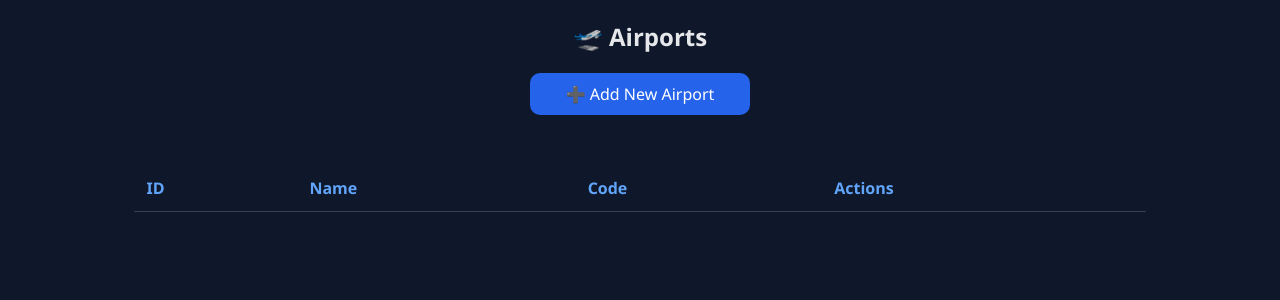
Repository: SNEHASURESH003/flight_system
Page: http://localhost/airports/
An editor plug-in stored every save of this project. The page is shown before and after a run of saves, followed by the edit.
The browser window is 1280 px wide. The pictures show the whole page.
The page is served by the project's application, run on Django 5.2 (manage.py). Other server files are loaded and not shown. Queries for data that is not in the repository find no rows.

Above is the page before, as saved 2026-01-20 00:26:25.

### airport/airport_route/templates/list_airports.html
<!DOCTYPE html>
<html lang="en">
<head>
    <title>Airports</title>
    <style>
        body { font-family: 'Segoe UI', sans-serif; background: #0f172a; color: #e5e7eb; }
        table { width: 80%; margin: 50px auto; border-collapse: collapse; }
        th, td { padding: 12px; border-bottom: 1px solid #334155; text-align: left; }
        th { color: #60a5fa; }
        a { color: #2563eb; text-decoration: none; margin-right: 10px; }
        a:hover { text-decoration: underline; }
        .add-btn { display: block; width: 200px; margin: 20px auto; padding: 10px; background: #2563eb; color: white; text-align: center; border-radius: 10px; }
    </style>
</head>
<body>
    <h2 style="text-align:center;">🛫 Airports</h2>

    <a href="{% url 'add_airport' %}" class="add-btn">➕ Add New Airport</a>

    <table>
        <tr>
            <th>ID</th>
            <th>Name</th>
            <th>Code</th>
            <th>Actions</th>
        </tr>
        {% for airport in airports %}
        <tr>
            <td>{{ airport.id }}</td>
            <td>{{ airport.name }}</td>
            <td>{{ airport.code }}</td>

            <td>
                <a href="{% url 'edit_airport' airport.id %}">✏️ Edit</a>
                <a href="{% url 'delete_airport' airport.id %}">🗑️ Delete</a>
            </td>
        </tr>
        {% endfor %}
    </table>
</body>
</html>

### airport/airport_route/views.py
from django.shortcuts import render
from .forms import RouteForm, AirportForm
from .models import Airport, Route
from .utils import nth_left_or_right_node, longest_node_on_duration, shortest_node_between_routes
from django.http import HttpResponse
from django.core.exceptions import ValidationError



from django.shortcuts import render, redirect
from django.contrib import messages  # for flash messages
from .forms import AirportForm, RouteForm

def add_airport(request):
    if request.method == 'POST':
        form = AirportForm(request.POST)
        if form.is_valid():
            form.save()
            messages.success(request, "Airport added successfully!")  # show message in template
             # redirect to dashboard
    else:
        form = AirportForm()
    return render(request, 'add_airport.html', {'form': form})
# List Airports (Dashboard/List Page)
def list_airports(request):
    airports = Airport.objects.all()
    return render(request, 'list_airports.html', {'airports': airports})

# Edit Airport
def edit_airport(request, airport_id):
    airport = get_object_or_404(Airport, id=airport_id)
    if request.method == 'POST':
        form = AirportForm(request.POST, instance=airport)
        if form.is_valid():
            form.save()
            messages.success(request, "Airport updated successfully!")
            return redirect('list_airports')
    else:
        form = AirportForm(instance=airport)
    return render(request, 'edit_airport.html', {'form': form, 'airport': airport})

# Delete Airport
def delete_airport(request, airport_id):
    airport = get_object_or_404(Airport, id=airport_id)
    if request.method == 'POST':
        airport.delete()
        messages.success(request, "Airport deleted successfully!")
        return redirect('list_airports')
    return render(request, 'delete_airport.html', {'airport': airport})

def add_route(request):
    if request.method == 'POST':
        form = RouteForm(request.POST)
        if form.is_valid():
            form.save()
            messages.success(request, "Route added successfully!")

    else:
        form = RouteForm()
    return render(request, 'route_form.html', {'form': form})


from django.shortcuts import render, get_object_or_404

from django.shortcuts import render, get_object_or_404

def find_nth_node(request):
    result = None
    error = None

    if request.method == 'POST':
        try:
            route_id = request.POST.get('route_id')
            n = int(request.POST.get('n'))
            direction = request.POST.get('direction')

            route = get_object_or_404(Route, id=route_id)

            if n <= 0:
                error = "N must be greater than zero."
            else:
                result = nth_left_or_right_node(route, n, direction)

                if result is None:
                    error = f"No {n}th node exists in the {direction} direction from this route."

        except ValueError:
            error = "Invalid input. Please enter valid numbers."
        except Exception as e:
            error = str(e)

    return render(request, 'find_nth_node.html', {
        'result': result,
        'error': error
    })




from django.shortcuts import render
from django.core.exceptions import ObjectDoesNotExist

def find_longest_node(request, route_id):
    try:
        route = Route.objects.get(id=route_id)
    except Route.DoesNotExist:
        return render(request, 'error.html', {
            'message': 'Route not found. Please enter a valid Route ID.'
        })

    longest_left = longest_node_on_duration(route, 'left')
    longest_right = longest_node_on_duration(route, 'right')

    return render(request, 'longest_node.html', {
        'route': route,
        'longest_left': longest_left,
        'longest_right': longest_right,
    })


from django.shortcuts import render, get_object_or_404

def find_shortest_between(request):
    result = None
    error = None

    if request.method == 'POST':
        route1_id = request.POST.get('route1_id')
        route2_id = request.POST.get('route2_id')

        try:
            route1 = get_object_or_404(Route, id=route1_id)
            route2 = get_object_or_404(Route, id=route2_id)

            result = shortest_node_between_routes(route1, route2)

        except Exception as e:
            error = str(e)

    return render(request, 'shortest_between.html', {
        'result': result,
        'error': error
    })




def dashboard(request):
    return render(request, 'dashboard.html')

### airport/airport/urls.py
"""
URL configuration for airport project.

The `urlpatterns` list routes URLs to views. For more information please see:
    https://docs.djangoproject.com/en/5.2/topics/http/urls/
Examples:
Function views
    1. Add an import:  from my_app import views
    2. Add a URL to urlpatterns:  path('', views.home, name='home')
Class-based views
    1. Add an import:  from other_app.views import Home
    2. Add a URL to urlpatterns:  path('', Home.as_view(), name='home')
Including another URLconf
    1. Import the include() function: from django.urls import include, path
    2. Add a URL to urlpatterns:  path('blog/', include('blog.urls'))
"""
from django.contrib import admin
from django.urls import path
from django.urls import include

urlpatterns = [
    path('admin/', admin.site.urls),
    path('', include('airport_route.urls')),
]

### airport/airport_route/urls.py
from .models import Route
from django.urls import path
from .views import add_airport, add_route, dashboard, find_nth_node, find_longest_node, find_shortest_between
from airport_route import views
urlpatterns = [
   path('airports/add/', add_airport, name='add_airport'),
    path('routes/add/', add_route, name='add_route'),
    path('airports/', views.list_airports, name='list_airports'),
    path('airports/edit/<int:airport_id>/', views.edit_airport, name='edit_airport'),
    path('airports/delete/<int:airport_id>/', views.delete_airport, name='delete_airport'),

    path('routes/find-nth/', find_nth_node, name='find_nth'),
     path('routes/longest-node/<int:route_id>/', find_longest_node, name='longest_node'),
    path('routes/shortest/', find_shortest_between, name='shortest_between'),
     path('', dashboard, name='dashboard'),
]

After the next 5 saves:
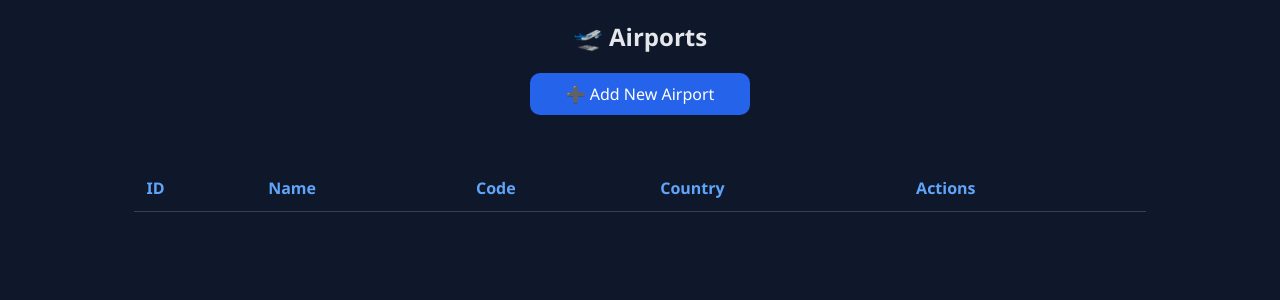
The 5 saves are shown as one change because they came seconds apart.
The last was saved 19 s later.
--- a/airport/airport_route/templates/list_airports.html
+++ b/airport/airport_route/templates/list_airports.html
@@ -22,6 +22,7 @@
             <th>ID</th>
             <th>Name</th>
             <th>Code</th>
+            <th>Country</th>
             <th>Actions</th>
         </tr>
         {% for airport in airports %}
